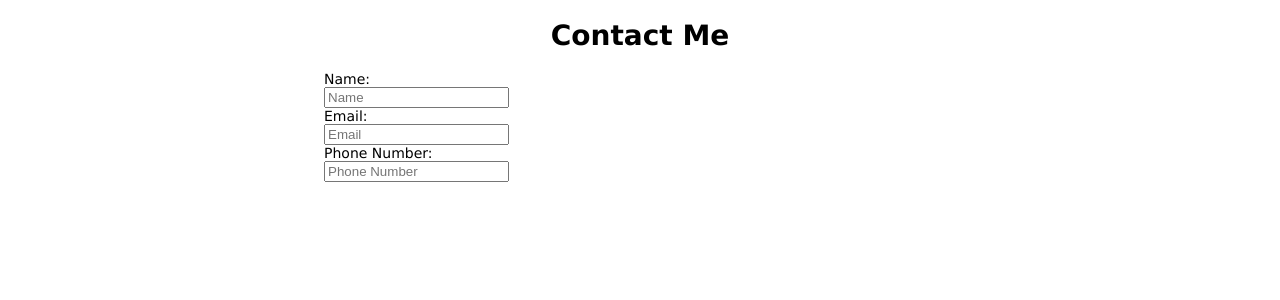
Repository: JanakanS95/COMP-229-Assignment-1
Page: http://localhost/contact
These files come from the project's save history. The page is drawn as it stood at one moment and after the next save; the edit follows.
The browser window is 1280 px wide. The pictures show the whole page.
The page is served by the project's Node server (app.js). Other server files are loaded and not shown.

Above is the page before, as saved 2021-06-03 17:07:34.

### views/contact.ejs
<!DOCTYPE html>
<html>
  <head>
    <title><%= title %></title>
    <link rel='stylesheet' href='/Content/contact.css' />
  </head>
  <body>
    <h1><%= title %></h1>
    <div class = 'container'>
        <form>
            <label>Name:</label>
            <br>
            <input id='name' placeholder='Name' type='text'>
            <br>
            <label>Email:</label>
            <br>
            <input id='email' placeholder='Email' type='email'>
            <br>
            <label>Phone Number:</label>
            <br>
            <input id='phone' placeholder='Phone Number' type='tel'>
            <br>
        </form>
    </div>
  </body>
</html>

### app.js
let createError = require('http-errors');
let express = require('express');
let path = require('path');
let cookieParser = require('cookie-parser');
let logger = require('morgan');

let indexRouter = require('./routes/index');
let usersRouter = require('./routes/users');

let app = express();

// view engine setup
app.set('views', path.join(__dirname, 'views'));
app.set('view engine', 'ejs');

app.use(logger('dev'));
app.use(express.json());
app.use(express.urlencoded({ extended: false }));
app.use(cookieParser());
app.use(express.static(path.join(__dirname, 'public')));

app.use('/', indexRouter);
app.use('/users', usersRouter);

// catch 404 and forward to error handler
app.use(function(req, res, next) {
  next(createError(404));
});

// error handler
app.use(function(err, req, res, next) {
  // set locals, only providing error in development
  res.locals.message = err.message;
  res.locals.error = req.app.get('env') === 'development' ? err : {};

  // render the error page
  res.status(err.status || 500);
  res.render('error');
});

module.exports = app;

### routes/index.js
var express = require('express');
var router = express.Router();

/* GET home page. */
router.get('/', function(req, res, next) {
  res.render('index', { title: 'Janakan Sivananthan' });
});

/* GET home page. */
router.get('/home', function(req, res, next) {
  res.render('index', { title: 'Janakan Sivananthan' });
});

/* GET About me page. */
router.get('/about', function(req, res, next) {
  res.render('about', { title: 'About Me' });
});

/* GET Projects page. */
router.get('/projects', function(req, res, next) {
  res.render('projects', { title: 'Projects' });
});

/* GET Service page. */
router.get('/services', function(req, res, next) {
  res.render('services', { title: 'Services' });
});

/* GET Contact Me page. */
router.get('/contact', function(req, res, next) {
  res.render('contact', { title: 'Contact Me' });
});

module.exports = router;

### public/Content/contact.css
body {
    font: 14px "Lucida Grande", Helvetica, Arial, sans-serif;
  }

  h1 {
    text-align : center;
  }

  .container{
      margin : auto;
      width : 50%;
      clear : both;
  }

  .container input{
  }

After the next save:
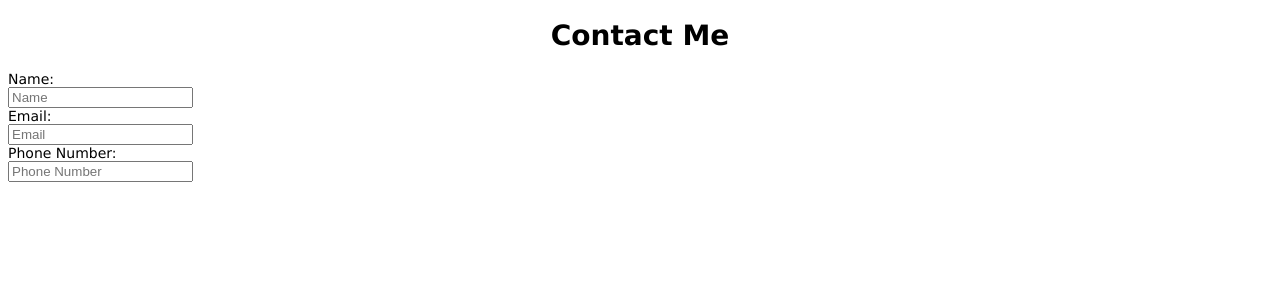
Saved 10 s later.
--- a/public/Content/contact.css
+++ b/public/Content/contact.css
@@ -7,7 +7,7 @@
   }
 
   .container{
-      margin : auto;
+      margin : right;
       width : 50%;
       clear : both;
   }

After the save that followed:
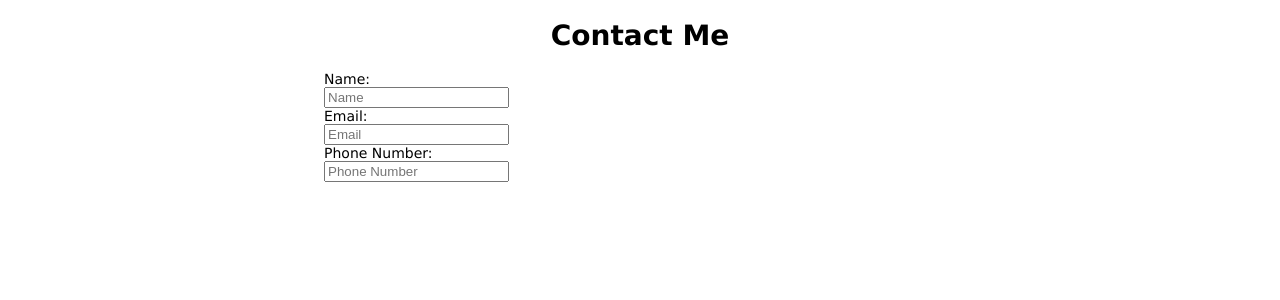
Saved 5 s later.
--- a/public/Content/contact.css
+++ b/public/Content/contact.css
@@ -7,7 +7,7 @@
   }
 
   .container{
-      margin : right;
+      margin : auto;
       width : 50%;
       clear : both;
   }
